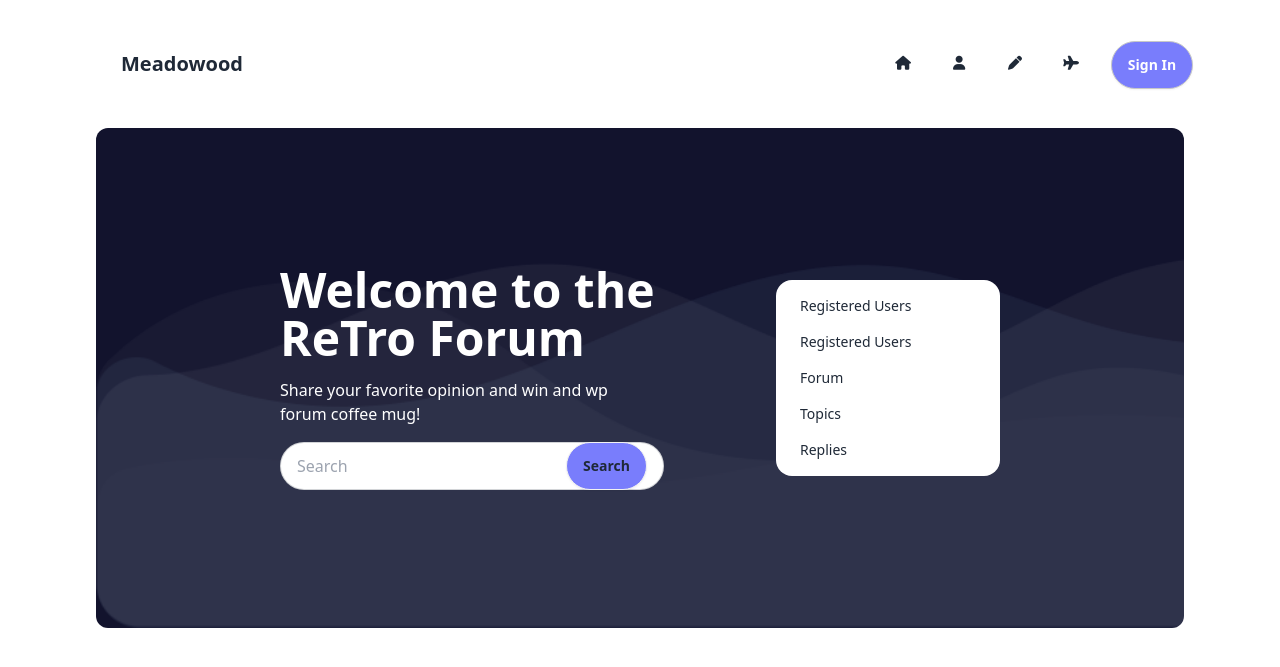
Repository: RudrasahaDibos/Meadowood-Forum
Page: index.html
These files come from the project's save history. The page is drawn as it stood at one moment and after a run of saves; the edit follows.
The browser window is 1280 px wide. The pictures show the whole page.
Some web libraries are served in a nearby version.

Above is the page before, as saved 2024-11-24 12:52:48.

### index.html
<!DOCTYPE html>
<html lang="en">
    <head>
        <meta charset="UTF-8">
        <meta name="viewport" content="width=device-width, initial-scale=1.0">
        <title>Meadowood Forum</title>

        <!-- tailwind  -->
        <link
            href="https://cdn.jsdelivr.net/npm/daisyui@4.12.14/dist/full.min.css"
            rel="stylesheet" type="text/css" />
        <script src="https://cdn.tailwindcss.com"></script>

        <!-- font awesome  -->
        <link rel="stylesheet"
            href="https://cdnjs.cloudflare.com/ajax/libs/font-awesome/6.7.1/css/all.min.css"
            integrity="sha512-5Hs3dF2AEPkpNAR7UiOHba+lRSJNeM2ECkwxUIxC1Q/FLycGTbNapWXB4tP889k5T5Ju8fs4b1P5z/iB4nMfSQ=="
            crossorigin="anonymous" referrerpolicy="no-referrer" />

    </head>
    <body class="container mx-auto lg:px-24 px-8">
        <!-- header is start here  -->
        <header class="mt-8">
            <!-- navbar is start here  -->
            <div class="navbar bg-base-100">
                <div class="flex-1">
                    <a class="btn btn-ghost text-xl">Meadowood</a>
                </div>
                <div class="flex-none">
                    <div class="dropdown dropdown-end mr-6">
                        <div  role="button"
                            class="btn btn-ghost btn-circle flex w-full  ">
                            <div class="indicator rounded-full border-1 h-8 w-8 mr-4 tooltip" data-tip="home">
                                <i class="fa-solid fa-house h-5 w-5 mx-auto mt-2"></i>
                            </div>
                            <div class="indicator rounded-full border-1 h-8 w-8 mr-4 tooltip" data-tip="User">
                                <i class="fa-solid fa-user h-5 w-5 mx-auto mt-2"></i>
                            </div>
                            <div class="indicator rounded-full border-1 h-8 w-8 mr-4 tooltip" data-tip="pen">
                                <i class="fa-solid fa-pen h-5 w-5 mx-auto mt-2"></i>
                            </div>
                            <div class="indicator rounded-full border-1 h-8 w-8 mr-4 tooltip" data-tip="flight">
                                <i class="fa-solid fa-plane h-5 w-5 mx-auto mt-2"></i>
                            </div>
                        </div>

                    </div>
                    <div class="dropdown dropdown-end">
                        <div tabindex="0" role="button"
                            class="btn btn-ghost btn-circle avatar">

                                <button class="btn btn-active bg-[#797DFC] text-white rounded-full ">Sign In</button>

                        </div>
                        <ul
                            tabindex="0"
                            class="menu menu-sm dropdown-content bg-base-100 rounded-box z-[1] mt-3 w-52 p-2 shadow">
                            <li>
                                <a class="justify-between">
                                    Profile
                                    <span class="badge">New</span>
                                </a>
                            </li>
                            <li><a>Settings</a></li>
                            <li><a>Logout</a></li>
                        </ul>
                    </div>
                </div>
            </div>
            <!-- navbar is  end here  -->

             <!-- bannner start here  -->
             <div class="lg:w-full w-[450px] relative bg-no-repeat bg-cover h-[500px] z-0 rounded-xl overflow-hidden mt-8 bg-[#12132D]" style="background-image: url('/images/bgbanner.png');">
                <div class="relative top-0 left-0 w-full h-full z-10  flex  justify-center items-center gap-28 ">

                  <div class="space-y-4">
                    <h2 class="text-5xl font-extrabold font-manrope text-white">Welcome to the <br> ReTro Forum</h2>
                    <p class="text-white">Share your favorite opinion and win and wp <br> forum coffee mug!</p>
                    <label class="input input-bordered flex items-center gap-2 w-96 rounded-full">
                        <input type="text" class="grow" placeholder="Search" />
                         <button class="btn bg-[#797DFC] rounded-full">Search</button>
                      </label>
                  </div>

                   <div>
                    <ul class="menu bg-[#FFFFFF] rounded-box w-56">

                        <li class="flex"><a>Registered Users</a><a>Registered Users</a></li>
                        <li><a>Forum</a></li>
                        <li><a>Topics</a></li>
                        <li><a>Replies</a></li>
                      </ul>
                   </div>

                </div>
                </div>
             <!-- bannner end here  -->




        </header>
        <!-- header is end here  -->

        <!-- main is start here  -->
        <main>

        </main>
        <!-- main is end here  -->

        <!-- footer is start here  -->

        <!-- footer is end here  -->
    </body>
</html>

After the next 2 saves:
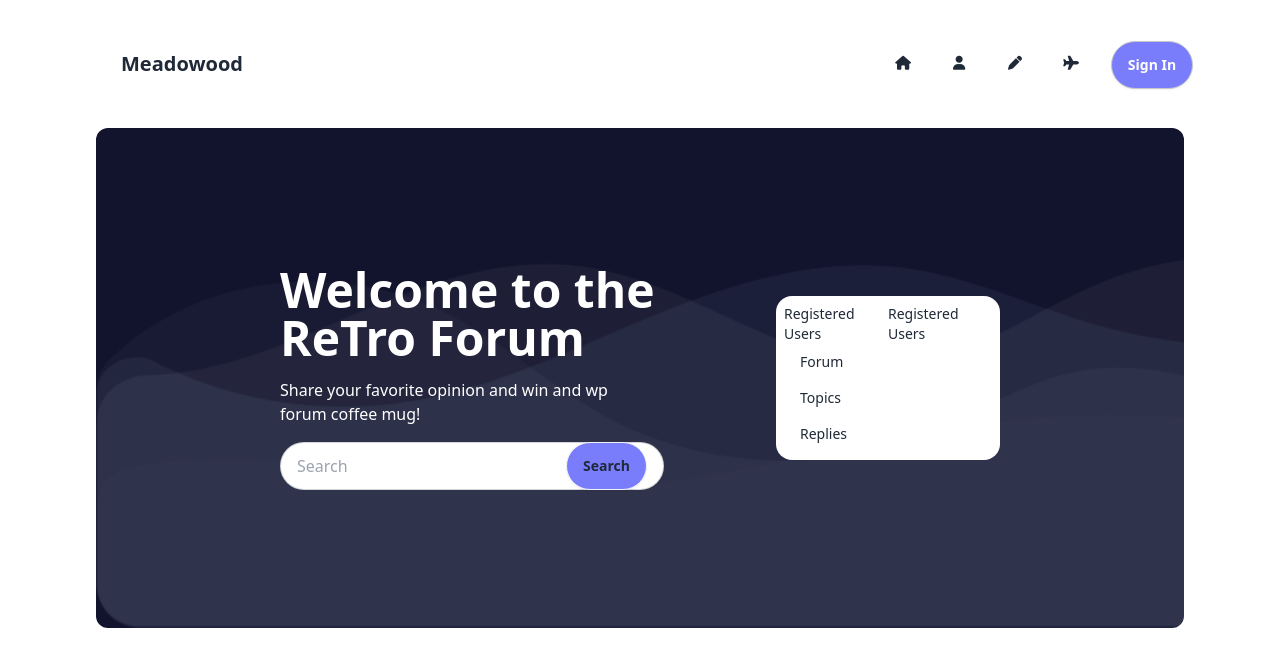
The 2 saves are shown as one change because they came seconds apart.
The last was saved 32 s later.
--- a/index.html
+++ b/index.html
@@ -85,7 +85,7 @@
                    <div>
                     <ul class="menu bg-[#FFFFFF] rounded-box w-56">
 
-                        <li class="flex"><a>Registered Users</a><a>Registered Users</a></li>
+                        <div class="flex"><a>Registered Users</a><a>Registered Users</a></div>
                         <li><a>Forum</a></li>
                         <li><a>Topics</a></li>
                         <li><a>Replies</a></li>
